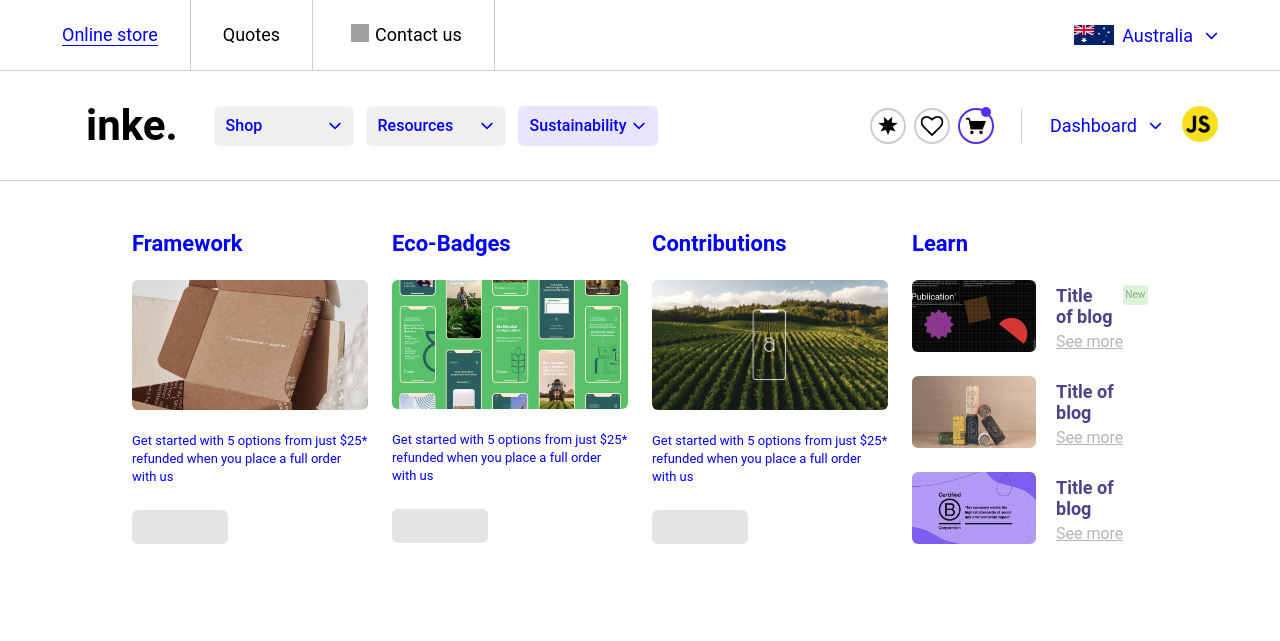
Repository: NguyenMinhKhanhB1909929/Practice_HTML-01
Page: index.html
These files come from the project's save history. The page is drawn as it stood at one moment and after the next save; the edit follows.
The browser window is 1280 px wide. The pictures show the whole page.
Pictures or frames that could not be fetched are drawn as grey boxes. Some web libraries are served in a nearby version.

Above is the page before, as saved 2022-04-07 19:31:39.

After the next save:
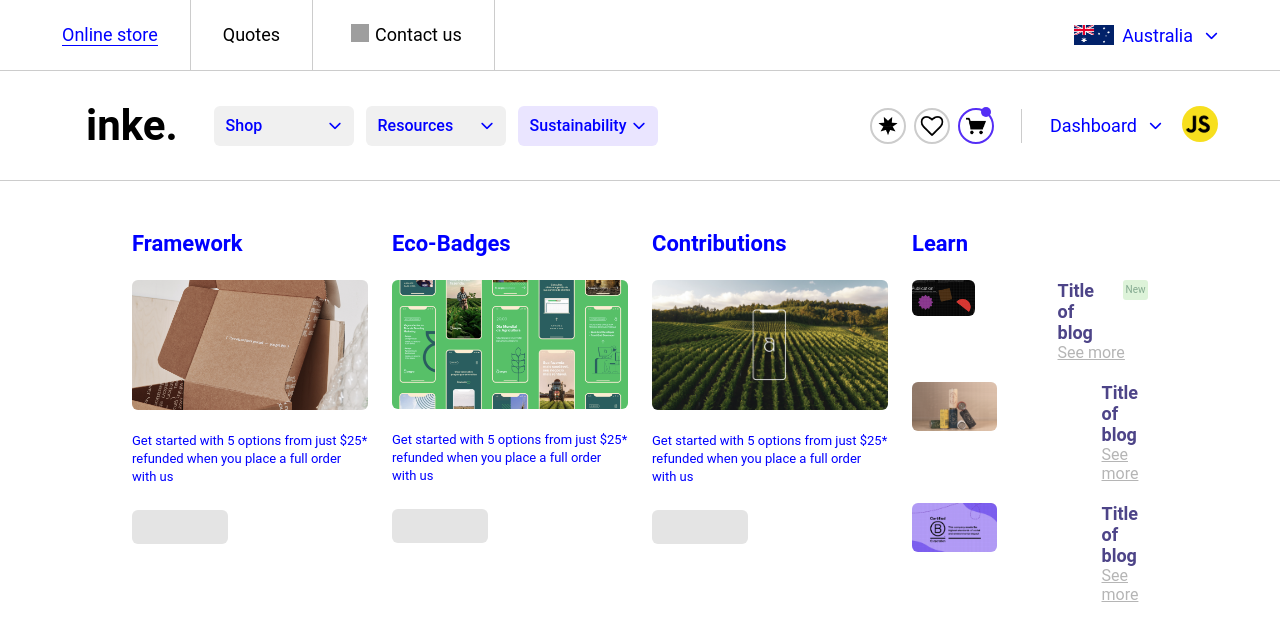
Saved 116 s later.
--- a/asset/style/style.css
+++ b/asset/style/style.css
@@ -230,8 +230,7 @@ a {
   margin-right: 20px;
 }
 .content-img {
-  height: 72px;
-  width: 124px;
+  width: 50%;
   border-radius: 6px;
 }
 .container__content-group-title-more {
